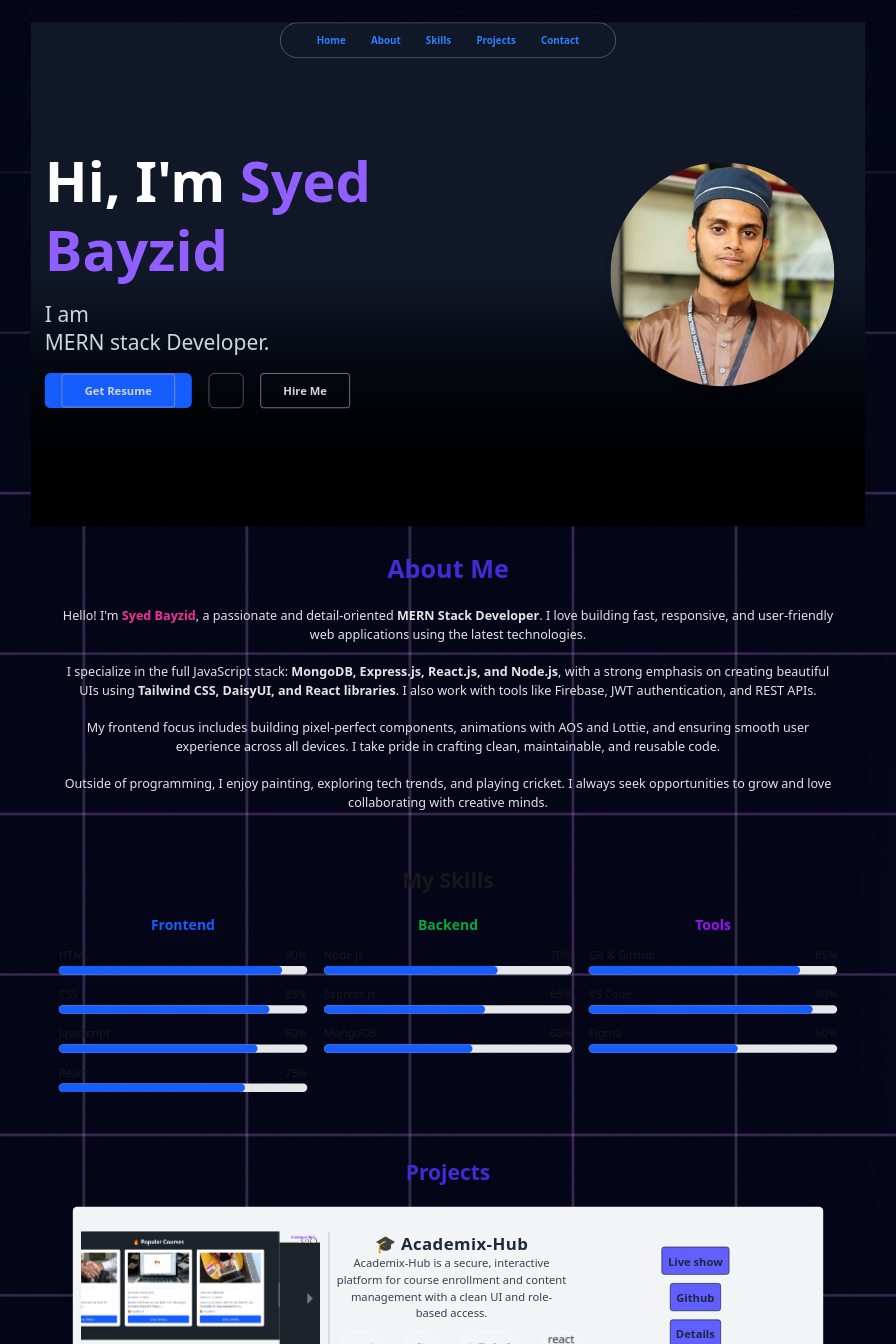
Repository: syedbayzid82849/syed-bayzid
Page: /
These files come from the project's save history. The page is drawn as it stood at one moment and after the next save; the edit follows.
The browser window is 1280 px wide. The pictures show the part of the page from y = 0 to 1920 px (the page is 2972 px tall), at 70% of full size.
The project was rebuilt for these pictures with package versions that can differ from the ones it lists, and the page was loaded fresh each time. Also part of the build but not shown: vite.config.js, src/App.jsx.

Above is the page before, as saved 2025-08-11 16:54:31.

After the next save:
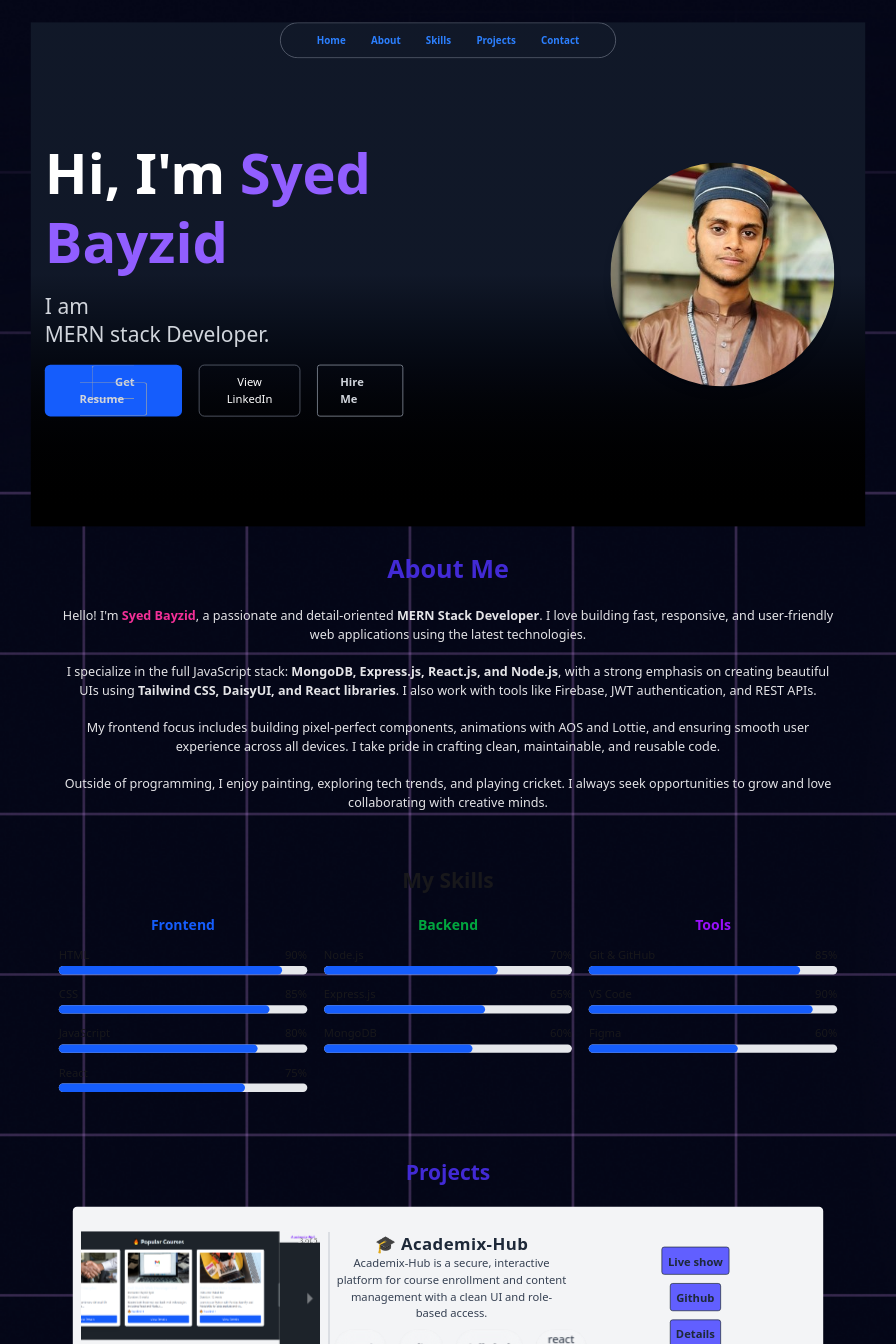
Saved 13 s later.
--- a/src/Components/HomeComponents/Hero.jsx
+++ b/src/Components/HomeComponents/Hero.jsx
@@ -53,7 +53,13 @@
             whileTap={{ scale: 0.95 }}
             className="px-6 py-3 border border-gray-500 rounded-lg font-medium hover:bg-gray-800 transition"
         >
-
+            <a
+                href="https://www.linkedin.com/in/syed-bayzid-b91343329/"
+                target="_blank"
+                rel="noopener noreferrer"
+            >
+                View LinkedIn
+            </a>
         </motion.button>
                             <a
                                 href="https://www.linkedin.com/in/syed-bayzid-b91343329/"

After the 2 saves that followed:
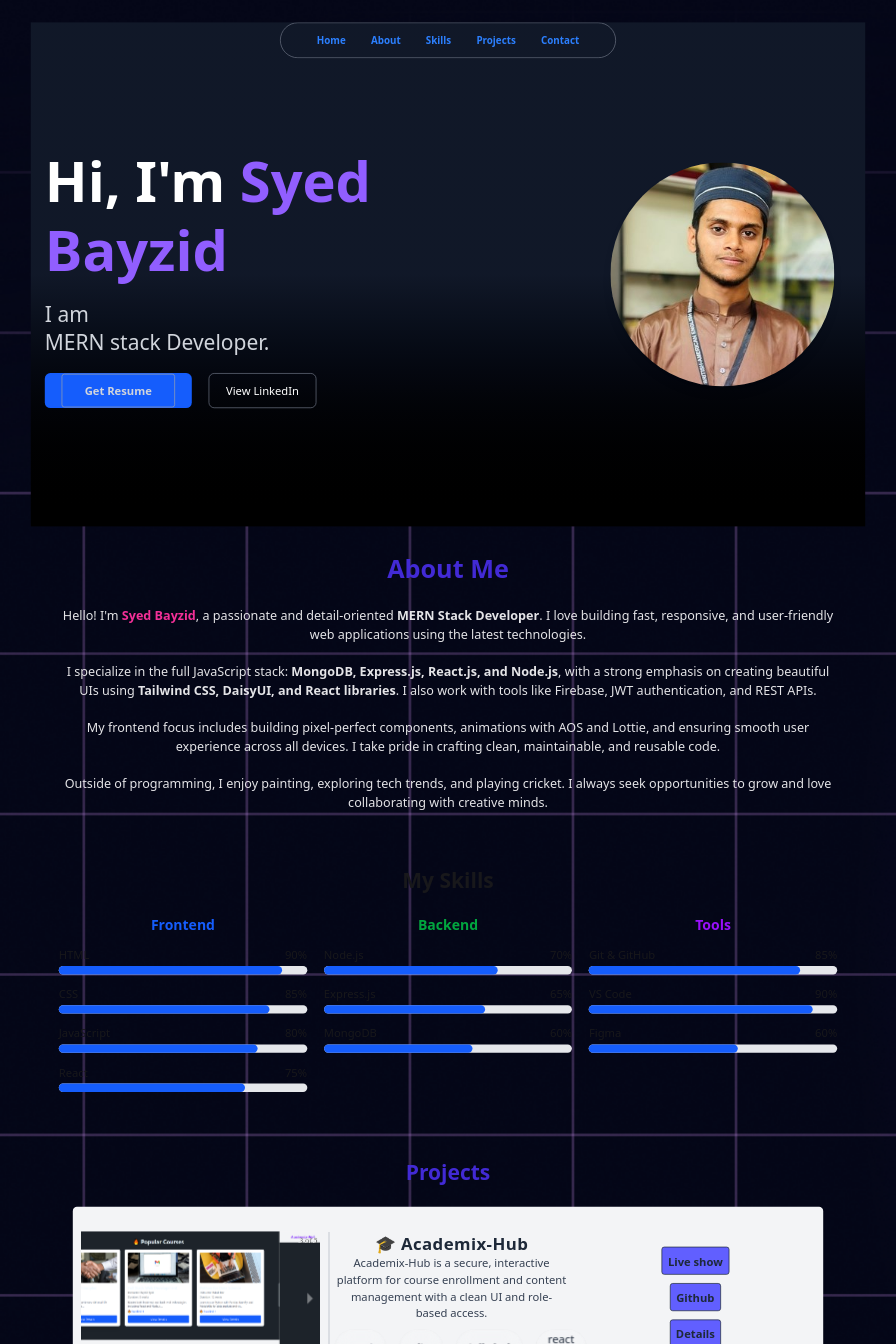
The 2 saves are shown as one change because they came seconds apart.
The last was saved 7 s later.
--- a/src/Components/HomeComponents/Hero.jsx
+++ b/src/Components/HomeComponents/Hero.jsx
@@ -37,38 +37,31 @@
                                 whileTap={{ scale: 0.95 }}
                                 className="px-6 py-3 bg-blue-600 rounded-lg font-medium hover:bg-blue-700 transition"
                             >
-                                                            <a
-                                href="/CV of Syed Bayzid.pdf"
-                                download
-                                target="_blank"
-                                rel="noopener noreferrer"
-                                onClick={handleResumeDownload}
-                                className="px-8 py-3 font-semibold border border-gray-400 rounded text-gray-300 hover:bg-[#915EFF] hover:text-white transition"
+                                <a
+                                    href="/CV of Syed Bayzid.pdf"
+                                    download
+                                    target="_blank"
+                                    rel="noopener noreferrer"
+                                    onClick={handleResumeDownload}
+                                    className="px-8 py-3 font-semibold border border-gray-400 rounded text-gray-300 hover:bg-[#915EFF] hover:text-white transition"
+                                >
+                                    Get Resume
+                                </a>
+                            </motion.button>
+                            <motion.button
+                                whileHover={{ scale: 1.05 }}
+                                whileTap={{ scale: 0.95 }}
+                                className="px-6 py-3 border border-gray-500 rounded-lg font-medium hover:bg-gray-800 transition"
                             >
-                                Get Resume
-                            </a>
+                                <a
+                                    href="https://www.linkedin.com/in/syed-bayzid-b91343329/"
+                                    target="_blank"
+                                    rel="noopener noreferrer"
+                                >
+                                    View LinkedIn
+                                </a>
                             </motion.button>
-        <motion.button
-            whileHover={{ scale: 1.05 }}
-            whileTap={{ scale: 0.95 }}
-            className="px-6 py-3 border border-gray-500 rounded-lg font-medium hover:bg-gray-800 transition"
-        >
-            <a
-                href="https://www.linkedin.com/in/syed-bayzid-b91343329/"
-                target="_blank"
-                rel="noopener noreferrer"
-            >
-                View LinkedIn
-            </a>
-        </motion.button>
-                            <a
-                                href="https://www.linkedin.com/in/syed-bayzid-b91343329/"
-                                target="_blank"
-                                rel="noopener noreferrer"
-                                className="px-8 py-3 font-semibold border border-gray-400 rounded text-gray-300 hover:bg-gray-700 transition"
-                            >
-                                Hire Me
-                            </a>
+
                         </div>
                     </div>
                 </motion.div>
